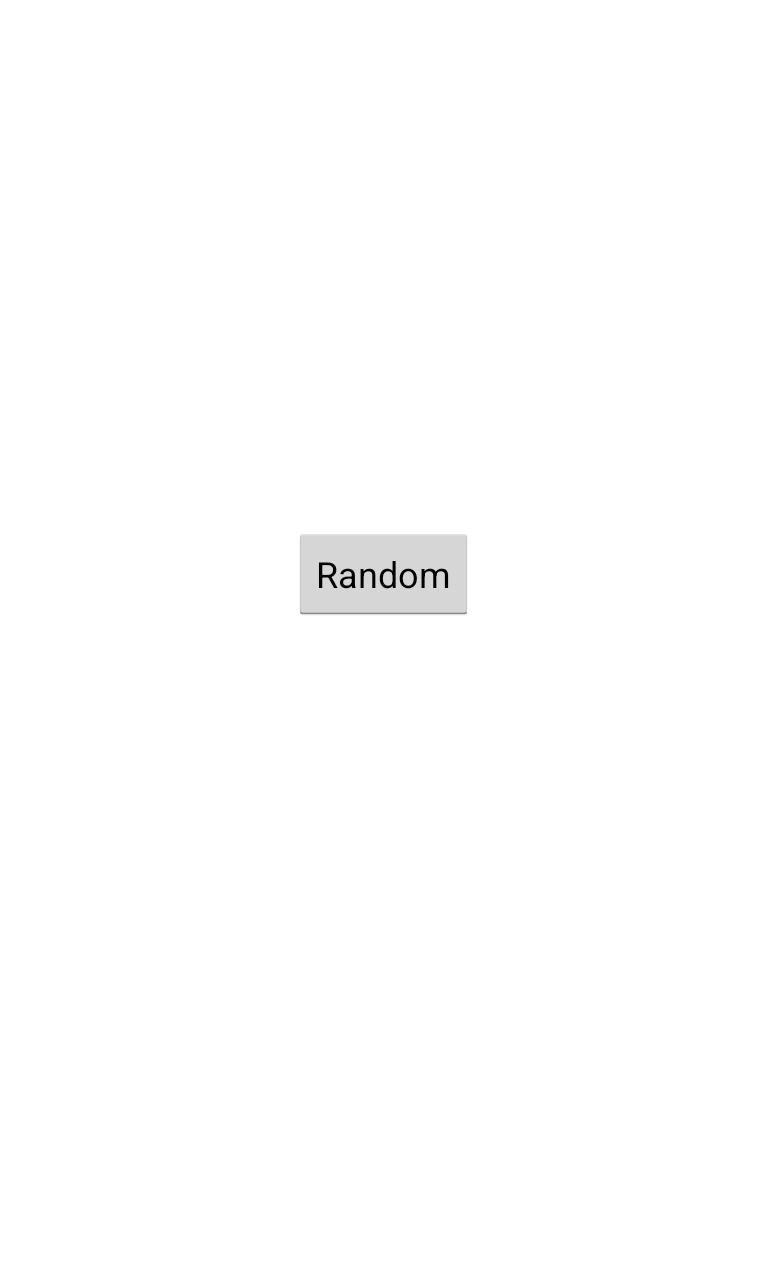
Repository: ek222mw/IDV436_API_Komponent
Layout: Labb1/res/layout/activity_main.xml
An editor plug-in stored every save of this project. The layout is shown before and after the next save, followed by the edit.
It is drawn on a 768 x 1280 px phone screen (xhdpi) without system bars, with theme AppTheme; the app's code is not run.

Above is the layout before, as saved 2014-11-17 10:37:15.

### Labb1/res/layout/activity_main.xml
<LinearLayout xmlns:android="http://schemas.android.com/apk/res/android"
    xmlns:tools="http://schemas.android.com/tools"
    android:layout_width="match_parent"
    android:layout_height="match_parent"
    android:paddingBottom="@dimen/activity_vertical_margin"
    android:paddingLeft="@dimen/activity_horizontal_margin"
    android:paddingRight="@dimen/activity_horizontal_margin"
    android:paddingTop="@dimen/activity_vertical_margin"
    tools:context="com.example.labb1.MainActivity"
    android:orientation="vertical"
     >


      <TextView
        android:id="@+id/randomInt"
        android:layout_width="wrap_content"
        android:layout_height="wrap_content"
        android:text="@string/randomInt"
        android:layout_gravity="center"
        android:textSize="50sp"
         />

    <Button
        android:id="@+id/button_send"
        android:layout_width="wrap_content"
        android:layout_height="wrap_content"
        android:text="@string/random"

      	android:layout_marginTop="180dp"
      	android:layout_gravity="center"
        />





</LinearLayout>

### Labb1/res/values/strings.xml
<?xml version="1.0" encoding="utf-8"?>
<resources>

    <string name="app_name">Labb1</string>
    <string name="hello_world">Hello world!</string>
    <string name="action_settings">Settings</string>
    <string name="random">Random</string>
    <string name="randomInt"></string>

</resources>

Loaded but not shown: Labb1/res/values/styles.xml (common file); Labb1/res/values-v11/styles.xml (common file); Labb1/res/values-v14/styles.xml (common file); Labb1/res/values/dimens.xml (common file); Labb1/res/values-w820dp/dimens.xml (common file)

After the next save:
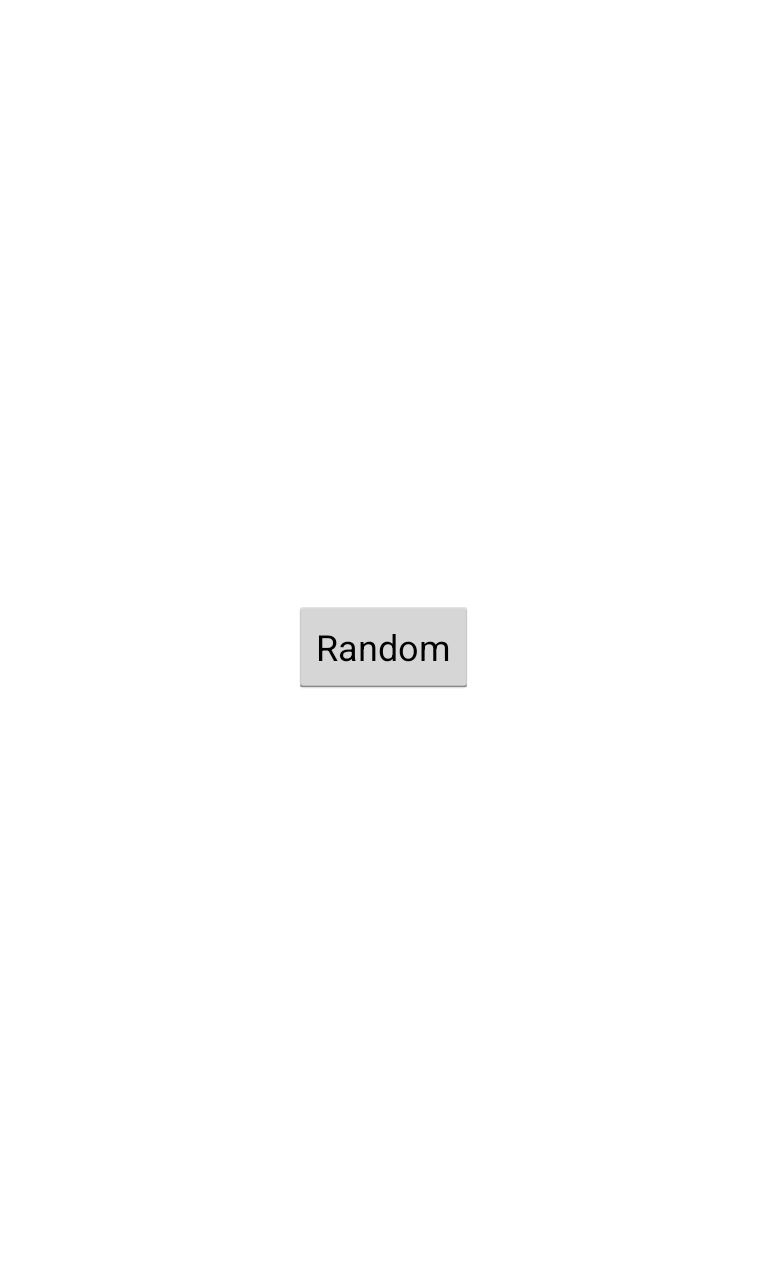
Saved 79 s later.
--- a/Labb1/res/layout/activity_main.xml
+++ b/Labb1/res/layout/activity_main.xml
@@ -17,7 +17,7 @@
         android:layout_height="wrap_content"
         android:text="@string/randomInt"
         android:layout_gravity="center"
-        android:textSize="50sp"
+        android:textSize="100sp"
          />
 
     <Button
@@ -26,7 +26,7 @@
         android:layout_height="wrap_content"
         android:text="@string/random"
 
-      	android:layout_marginTop="180dp"
+      	android:layout_marginTop="150dp"
       	android:layout_gravity="center"
         />
 
